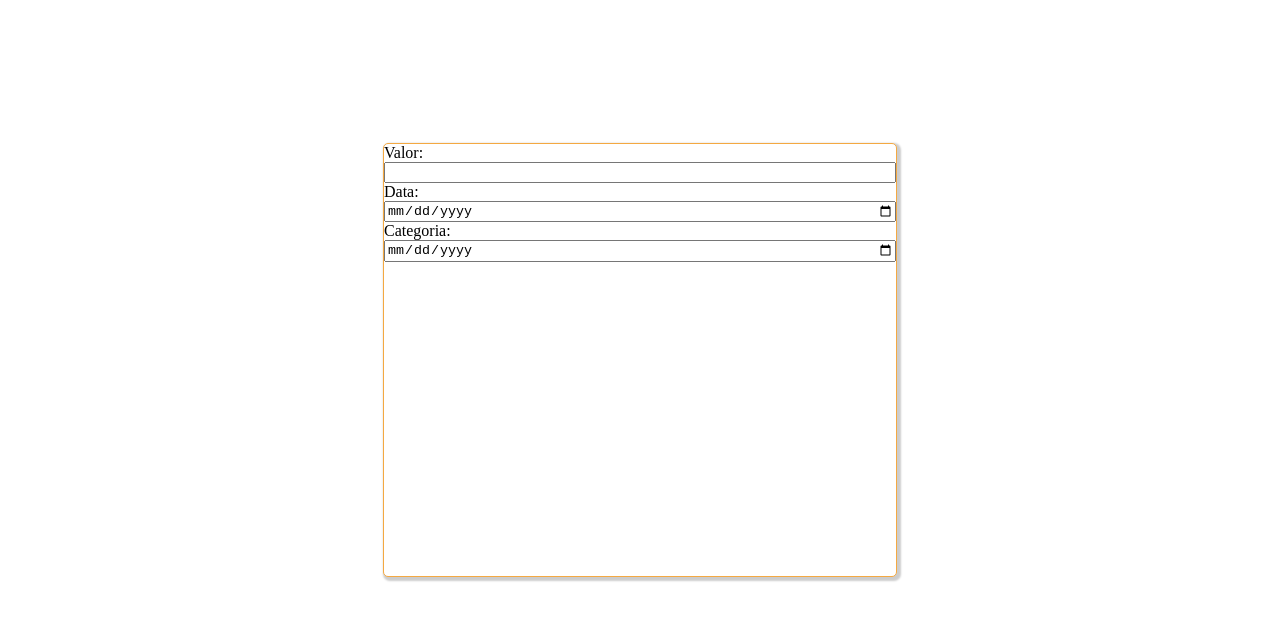
Repository: alexsanderkafka/java-servlets
Page: http://localhost/SaveMoney/cadastrarDespesa.jsp
These files come from the project's save history. The page is drawn as it stood at one moment and after the next save; the edit follows.
The browser window is 1280 px wide. The pictures show the whole page.
The page is served by Tomcat 9. Nobody is signed in. The application's start-up code is not run.

Above is the page before, as saved 2024-10-03 12:35:21.

After the next save:
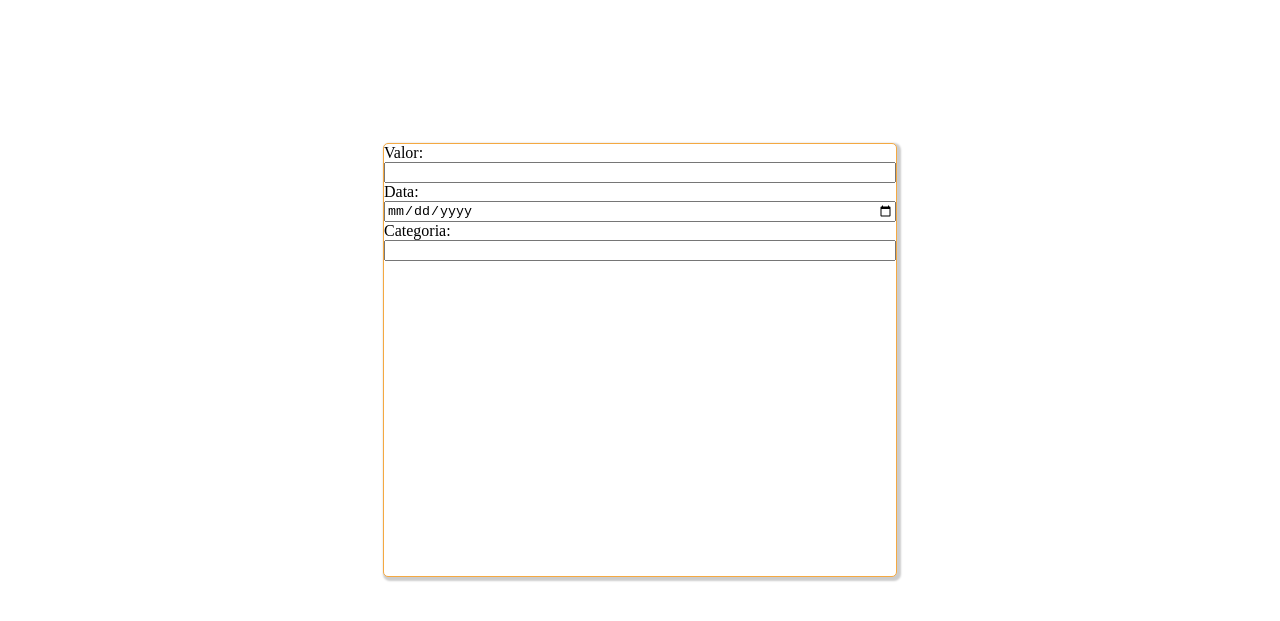
Saved 4 s later.
--- a/SaveMoney/src/main/webapp/cadastrarDespesa.jsp
+++ b/SaveMoney/src/main/webapp/cadastrarDespesa.jsp
@@ -16,7 +16,7 @@
         	<label>Data: </label>
         	<input type="date">
         	<label>Categoria: </label>
-        	<input type="date">
+        	<input type="text">
         </div>
     </div>
 
